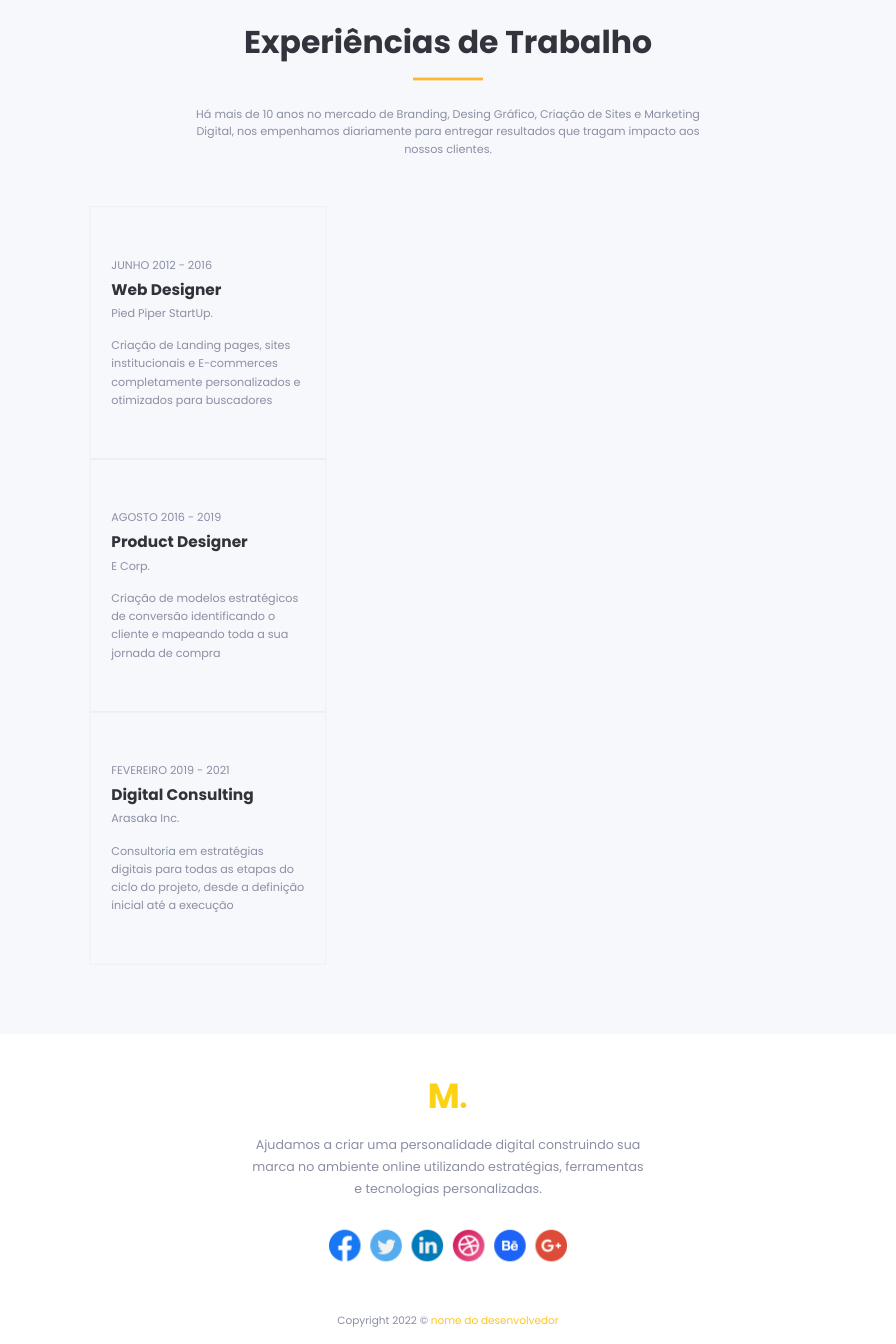
Repository: Daniells642/agencia-digital
Page: /
An editor plug-in stored every save of this project. The page is shown before and after the next save, followed by the edit.
The browser window is 1280 px wide. The pictures show the part of the page from y = 757 to 2677 px (the page is 2677 px tall before and 2614 px after), at 70% of full size.
The project was rebuilt for these pictures with package versions that can differ from the ones it lists, and the page was loaded fresh each time.

Above is the page before, as saved 2022-12-02 22:27:48.

After the next save:
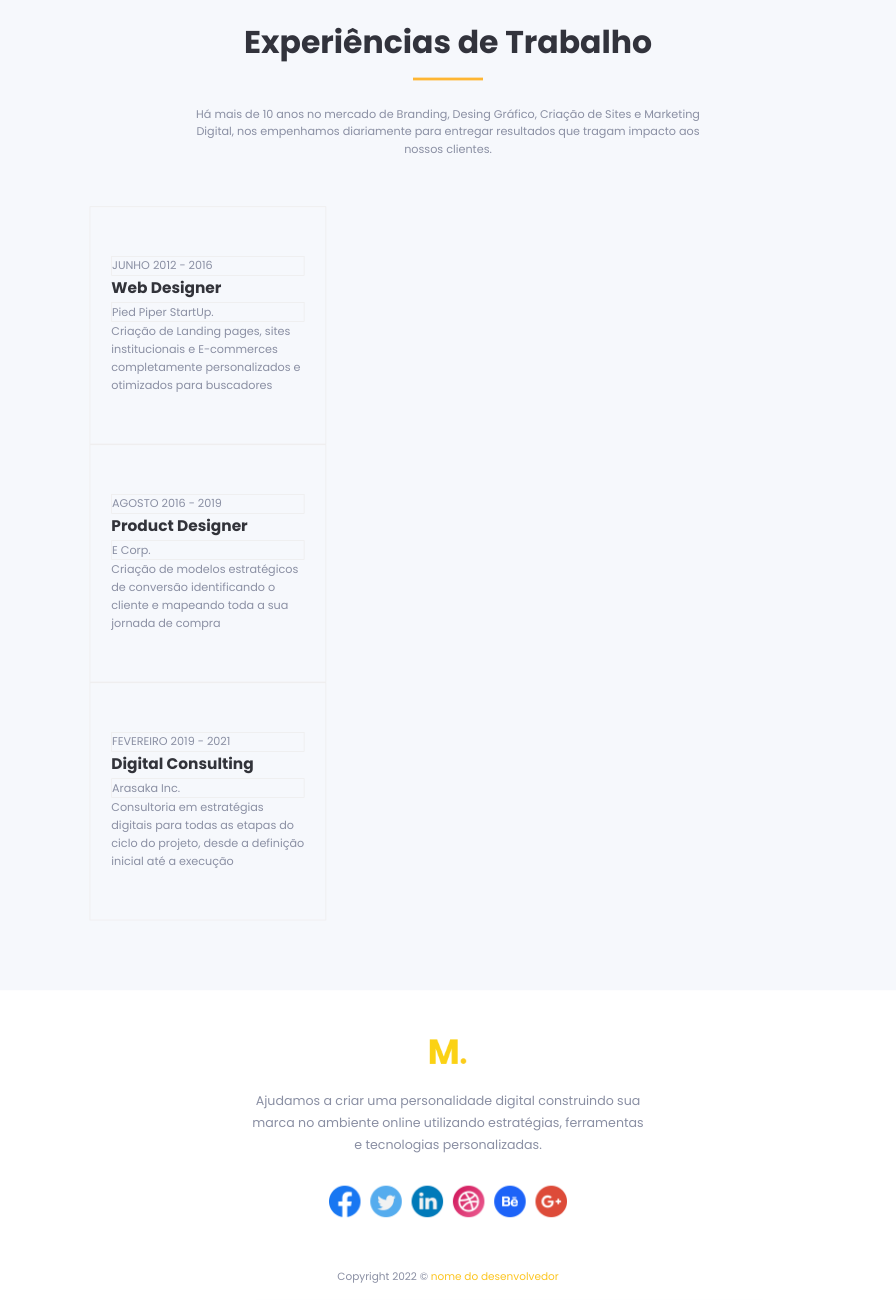
Saved 115 s later.
--- a/src/componentes/Card/index.jsx
+++ b/src/componentes/Card/index.jsx
@@ -3,9 +3,9 @@
 export default function Card(props) {
     return (
       <div id="card" className={ props.ehTemaEscuro ? 'card-modo-escuro' : 'card-modo-claro'}>
-        <p className="primeiroParagrafo">{props.data}</p>
+        <p className={ props.ehTemaEscuro ? 'card-modo-escuro' : 'card-modo-claro'}>{props.data}</p>
         <h4>{props.titulo}</h4>
-        <p className="segundoParagrafo">{props.empresa}</p>
+        <p className={ props.ehTemaEscuro ? 'card-modo-escuro' : 'card-modo-claro'}>{props.empresa}</p>
         <p>{props.paragrafo}</p>
     </div>
    );

After the 2 saves that followed:
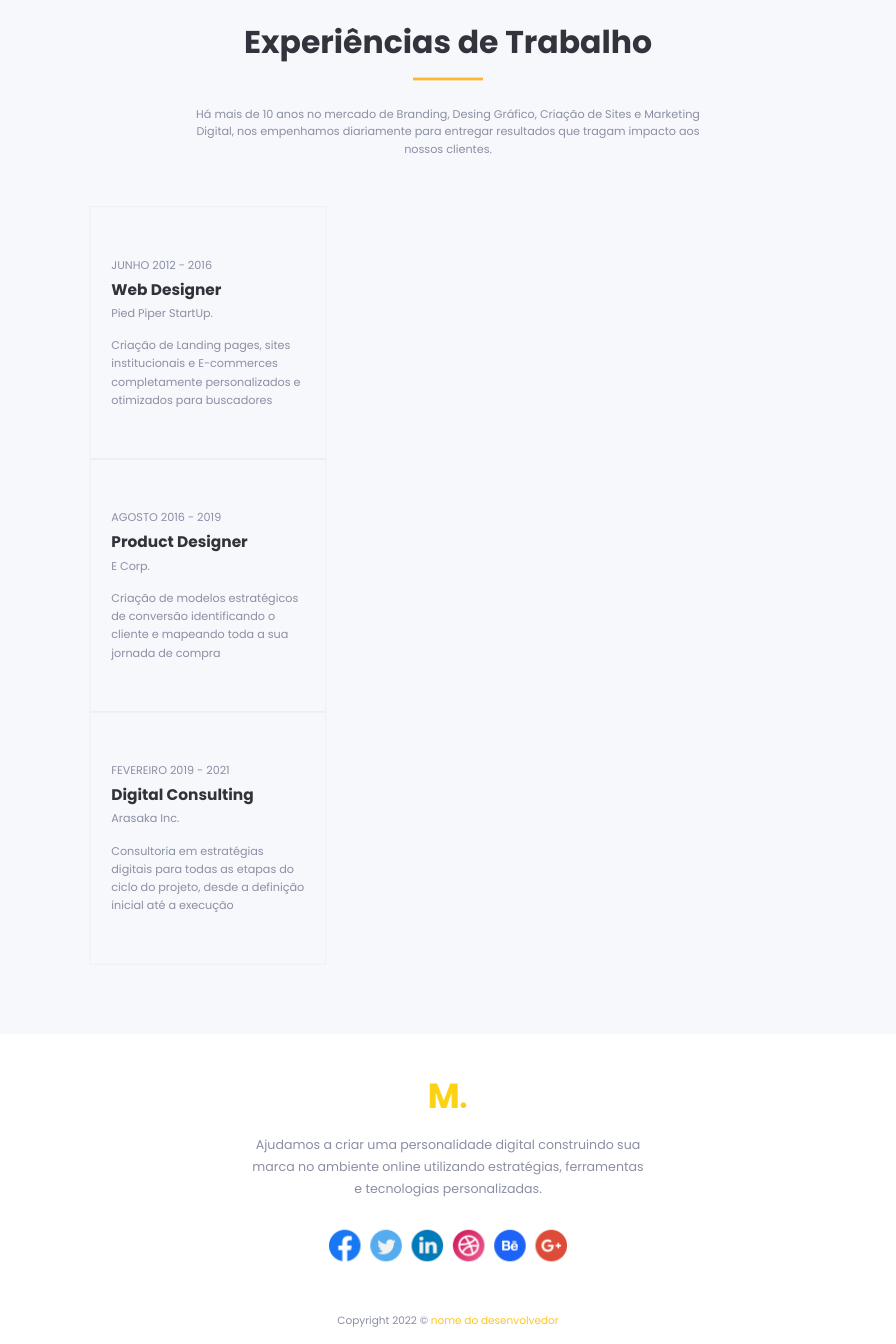
The 2 saves are shown as one change because 1 did not build or start.
The last was saved 34 s later.
--- a/src/componentes/Card/index.jsx
+++ b/src/componentes/Card/index.jsx
@@ -3,9 +3,9 @@
 export default function Card(props) {
     return (
       <div id="card" className={ props.ehTemaEscuro ? 'card-modo-escuro' : 'card-modo-claro'}>
-        <p className={ props.ehTemaEscuro ? 'card-modo-escuro' : 'card-modo-claro'}>{props.data}</p>
+        <p className="primeiroParagrafo">{props.data}</p>
         <h4>{props.titulo}</h4>
-        <p className={ props.ehTemaEscuro ? 'card-modo-escuro' : 'card-modo-claro'}>{props.empresa}</p>
+        <p className="segundoParagrafo">{props.empresa}</p>
         <p>{props.paragrafo}</p>
     </div>
    );
